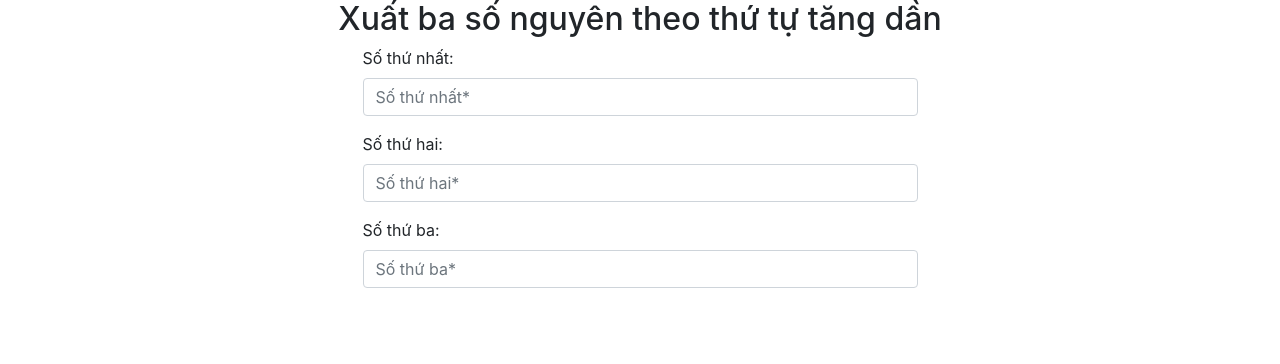
Repository: dovanthao2404/BC14_BaiTap_JS_Buoi_4_dovanthao
Page: html/bai1.html
An editor plug-in stored every save of this project. The page is shown before and after the next save, followed by the edit.
The browser window is 1280 px wide. The pictures show the whole page.

Above is the page before, as saved 2021-07-02 00:27:49.

### html/bai1.html
<!DOCTYPE html>
<html lang="en">

<head>
  <meta charset="UTF-8">
  <meta http-equiv="X-UA-Compatible" content="IE=edge">
  <meta name="viewport" content="width=device-width, initial-scale=1.0">
  <title>Document</title>

  <!-- BS4 -->
  <link rel="stylesheet" href="https://cdn.jsdelivr.net/npm/bootstrap@4.6.0/dist/css/bootstrap.min.css"
    integrity="sha384-B0vP5xmATw1+K9KRQjQERJvTumQW0nPEzvF6L/Z6nronJ3oUOFUFpCjEUQouq2+l" crossorigin="anonymous">
</head>

<body>
  <div class="container">
    <h2 class=text-center>Xuất ba số nguyên theo thứ tự tăng dần</h2>
    <form class="w-50 mx-auto">
      <div class="form-group">
        <label for="number-1">Số thứ nhất: </label>
        <input type="text" name="" id="number-1" class="form-control" placeholder="Số thứ nhất*">
      </div>
      <div class="form-group">
        <label for="number-2">Số thứ hai: </label>
        <input type="text" name="" id="number-2" class="form-control" placeholder="Số thứ hai*">
      </div>
      <div class="form-group">
        <label for="number-3">Số thứ ba: </label>
        <input type="text" name="" id="number-3" class="form-control" placeholder="Số thứ ba*">
      </div>
    </form>
  </div>
</body>

</html>

After the next save:
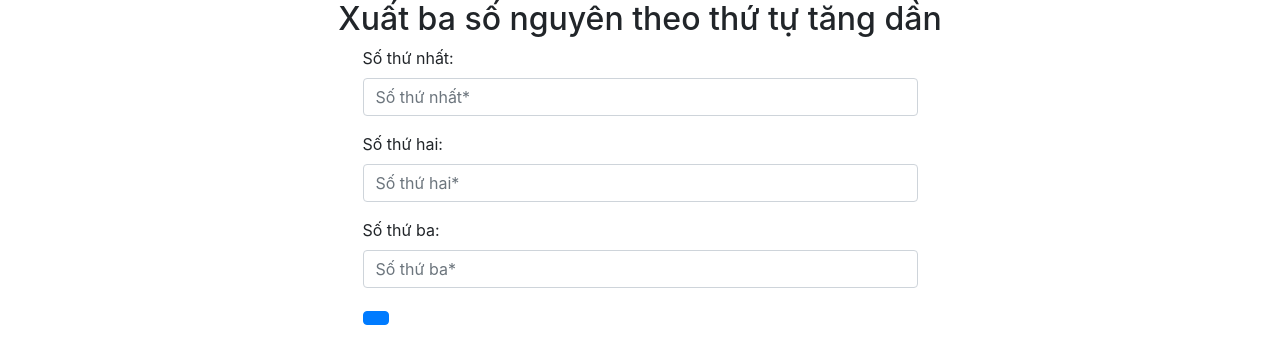
Saved 28 s later.
--- a/html/bai1.html
+++ b/html/bai1.html
@@ -28,6 +28,7 @@
         <label for="number-3">Số thứ ba: </label>
         <input type="text" name="" id="number-3" class="form-control" placeholder="Số thứ ba*">
       </div>
+      <button class="btn btn-primary"></button>
     </form>
   </div>
 </body>
